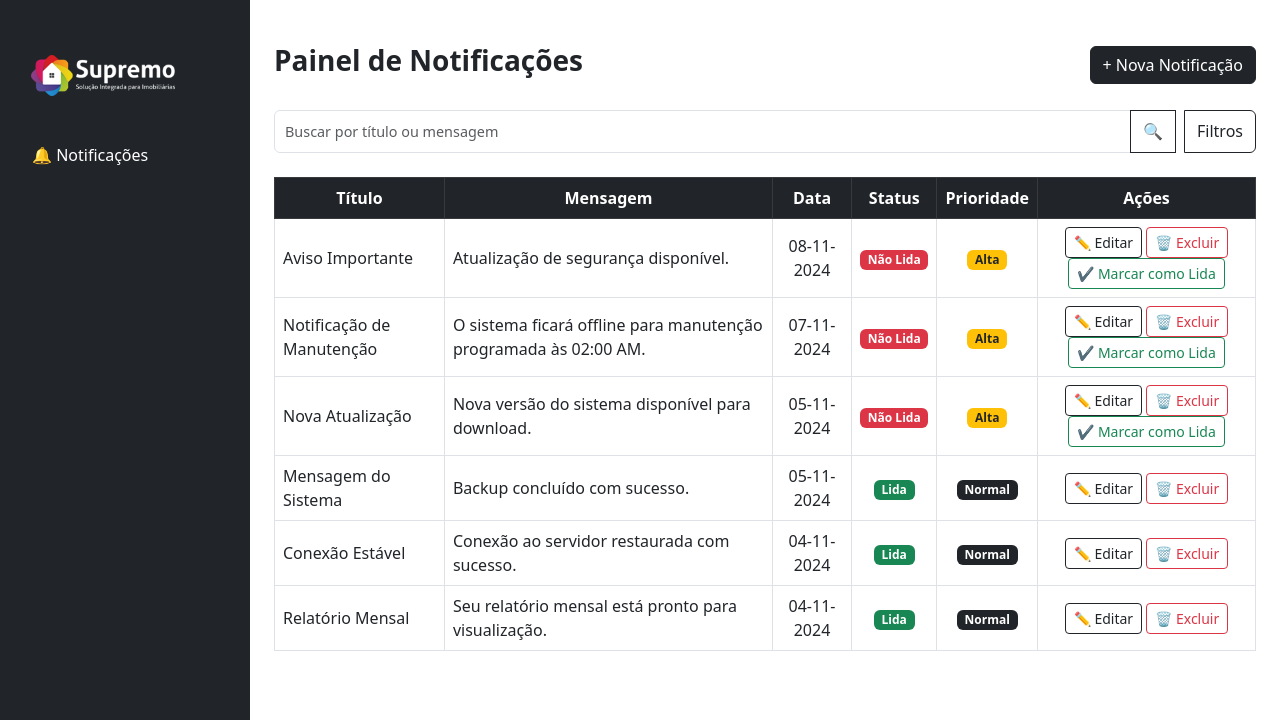
Repository: ryanmarinhodev/Supremo-html-css-teste
Page: notificações/notificacoes.html
An editor plug-in stored every save of this project. The page is shown before and after the next save, followed by the edit.
The browser window is 1280 px wide. The pictures show the whole page.

Above is the page before, as saved 2024-11-08 13:54:09.

After the next save:
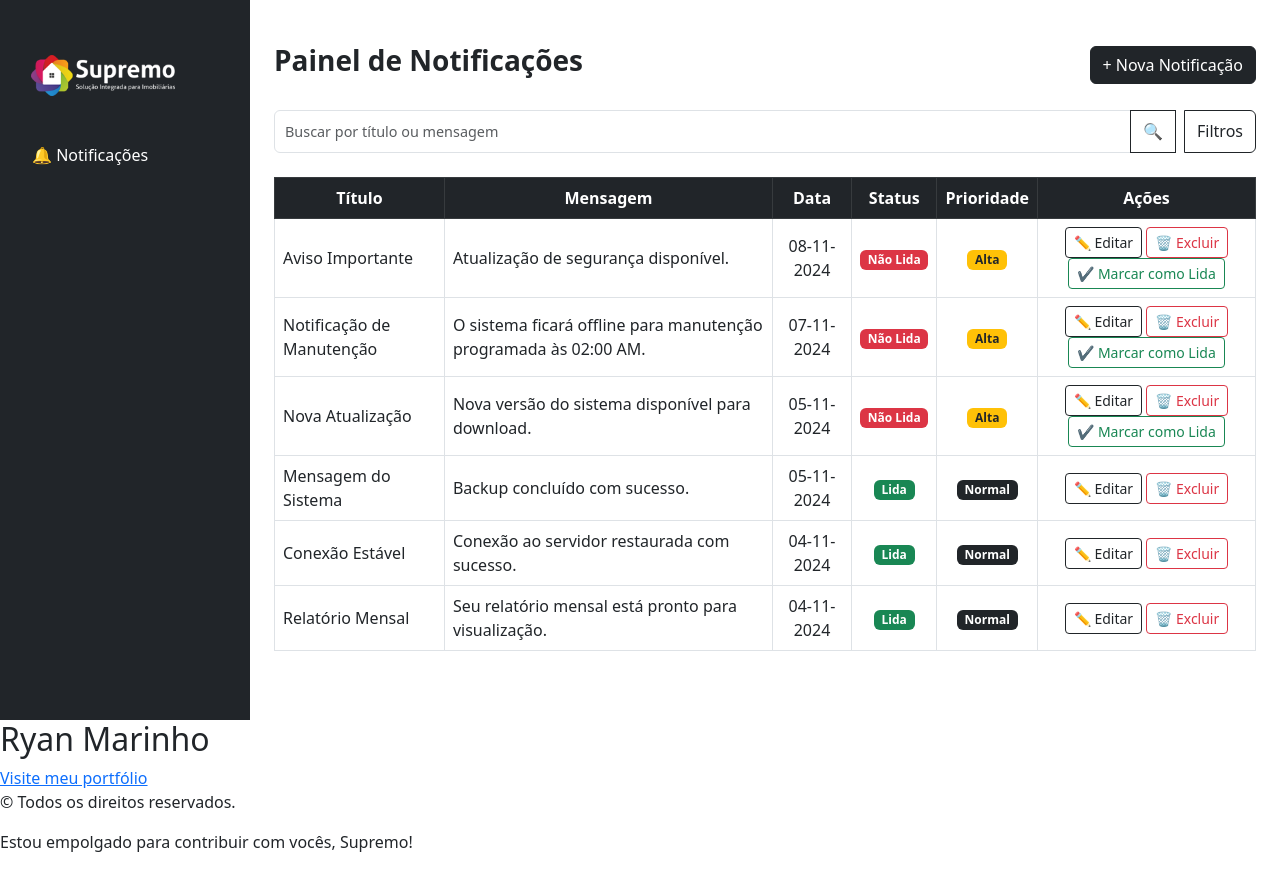
Saved 4 s later.
--- a/notificações/notificacoes.html
+++ b/notificações/notificacoes.html
@@ -123,5 +123,33 @@
             </main>
         </div>
     </div>
+
+    <footer class="footer">
+        <div class="footer-content">
+            <div class="footer-logo">
+                <h2>Ryan Marinho</h2>
+            </div>
+            <nav class="footer-nav">
+                <a href="SEU_PORTFOLIO_LINK" target="_blank" rel="noopener noreferrer">
+                    <i class="portfolio-icon fas fa-external-link-alt"></i>
+                    <span class="portfolio-text">Visite meu portfólio</span>
+                </a>
+            </nav>
+            <div class="footer-social">
+                <a href="https://www.linkedin.com/in/ryan-marinho-861120211/" target="_blank" rel="noopener noreferrer">
+                    <i class="fab fa-linkedin" style="font-size: 24px;"></i>
+                </a>
+                <a href="https://github.com/ryanmarinhodev" target="_blank" rel="noopener noreferrer">
+                    <i class="fab fa-github" style="font-size: 24px;"></i>
+                </a>
+            </div>
+            <p class="footer-copy">
+                &copy; <span id="currentYear"></span> Todos os direitos reservados.
+            </p>
+            <p class="footer-note">
+                Estou empolgado para contribuir com vocês, Supremo!
+            </p>
+        </div>
+    </footer>
 </body>
 </html>
